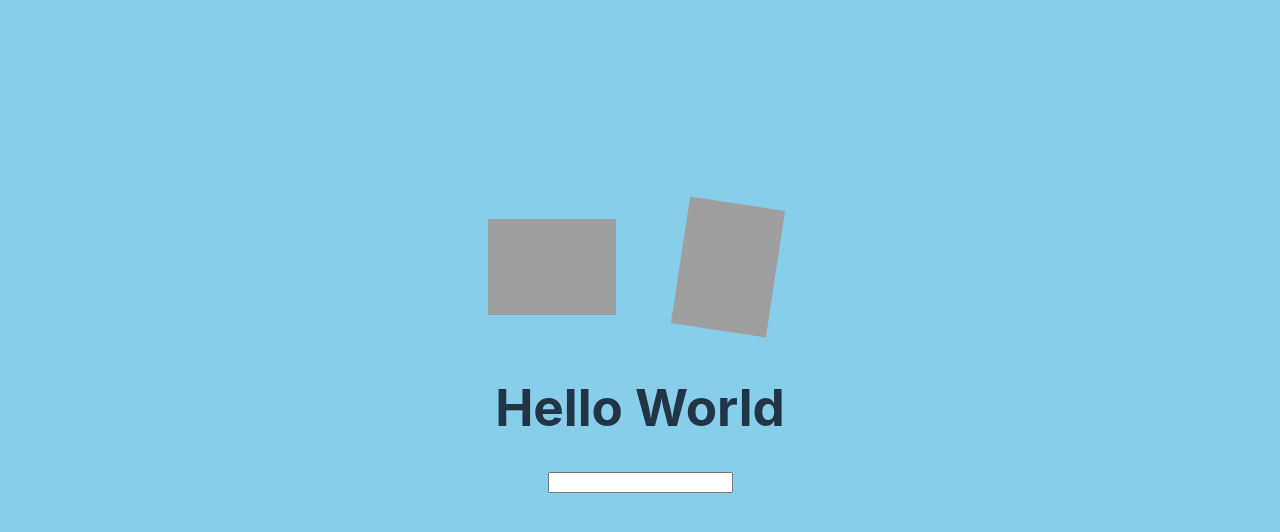
Repository: marianozamora/vite-test-plat
Page: /
The author's editor kept a copy of each file at every save. The page is drawn from the files as they stood at one save, then again after the next save.
The browser window is 1280 px wide. The pictures show the whole page.
Pictures or frames that could not be fetched are drawn as grey boxes. The page's requests for data from a server got no answer. The project was rebuilt for these pictures with package versions that can differ from the ones it lists, and the page was loaded fresh each time. No one was signed in, and anything a server would have sent is missing. Also part of the build but not shown: vite.config.js, src/list.styl.

Above is the page before, as saved 2023-06-22 15:24:45.

After the next save:
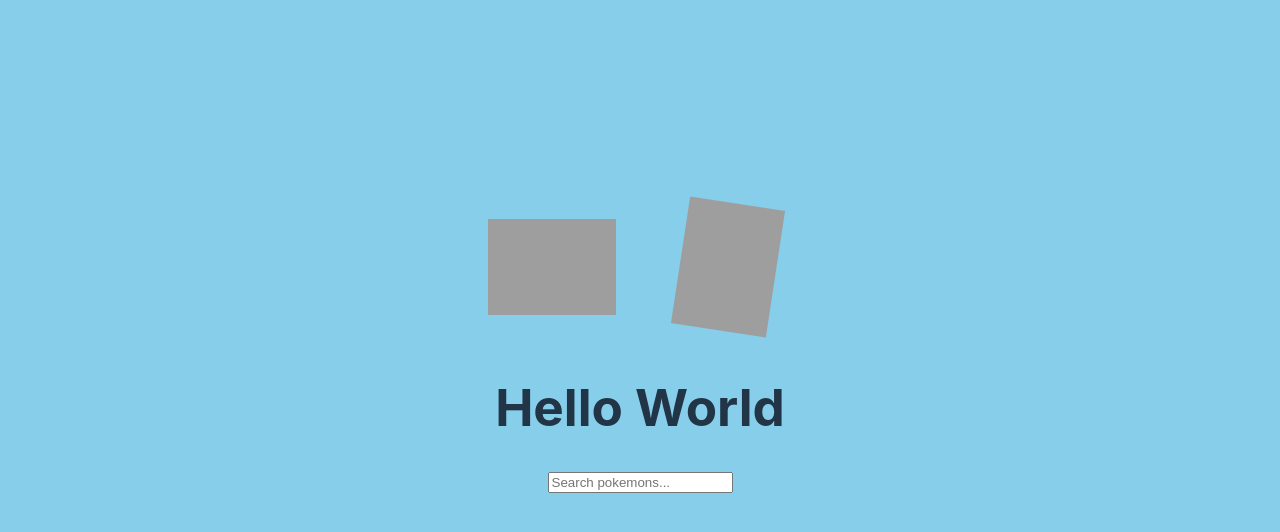
Saved 4 s later.
--- a/src/App.jsx
+++ b/src/App.jsx
@@ -49,6 +49,7 @@ function App() {
 
       <input
         type="text"
+        placeholder="Search pokemons..."
         onChange={(e)=> filterByText(e)}
       />
       <List data={pokemons} />
